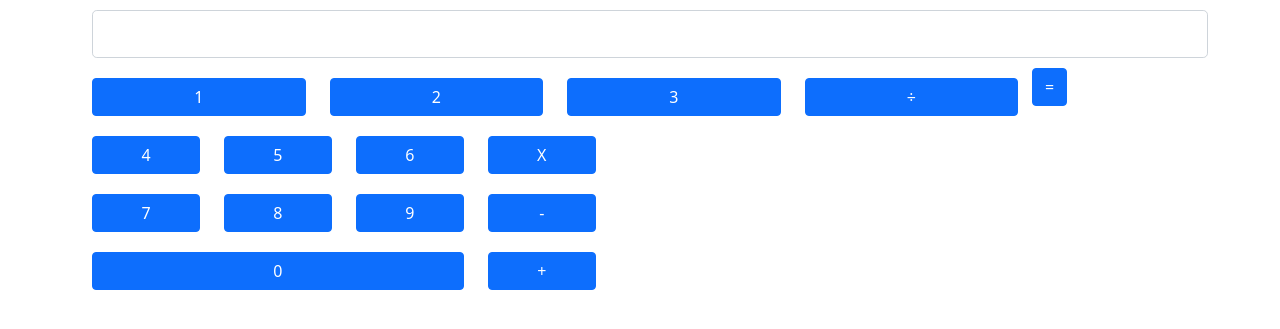
Repository: jsakdalan/CalculatorReactTypescript
Page: /
An editor plug-in stored every save of this project. The page is shown before and after the next save, followed by the edit.
The browser window is 1280 px wide. The pictures show the whole page.
The project was rebuilt for these pictures with package versions that can differ from the ones it lists, and the page was loaded fresh each time. Also part of the build but not shown: src/App.css.

Above is the page before, as saved 2022-06-07 16:30:12.

### src/App.tsx
import  Calculator from './pages/Calculator';
import './App.css';
import 'bootstrap/dist/css/bootstrap.min.css'

export default function App() {

  return(
    <Calculator/>
  )
}

### src/pages/Calculator.tsx
import React from 'react';
import Col from 'react-bootstrap/Col';
import Container from 'react-bootstrap/Container';
import Row from 'react-bootstrap/Row';
import Button from 'react-bootstrap/Button';
import InputGroup from 'react-bootstrap/InputGroup';
import FormControl from 'react-bootstrap/FormControl';
import './Calculator.css'

export default function TextEditor(){

    interface Screen{
        styling: string;
    }

    interface Buttons {
        styling: string;
        btnNumber: string;
    }

    const Screen = (props:Screen) => {
        return(
            <InputGroup size="lg" className={props.styling}>
                    <FormControl
      aria-label="Default"
      aria-describedby="inputGroup-sizing-default"
    />
            </InputGroup>
        )
    }

    const Buttons = (props:Buttons) => {
        return(
            <Button className={props.styling}>
                {props.btnNumber}
            </Button>
        )
    }

    return(
        <>
            <Container className="container">
                <Row>
                    <Col><Screen styling="screen"/></Col>
                </Row>
                <Row>
                    <Col md={10}>
                        <Row>
                            <Col md={12}>
                                <Row>
                                    <Col md={3}><Buttons styling="numerical" btnNumber="1"/></Col>
                                    <Col md={3}><Buttons styling="numerical" btnNumber="2"/></Col>
                                    <Col md={3}><Buttons styling="numerical" btnNumber="3"/></Col>
                                    <Col md={3}><Buttons styling="operational" btnNumber="&#247;"/></Col>
                                </Row>
                            </Col>
                            <Col md={10}>
                                <Row>
                                    <Col md={2}><Buttons styling="numerical" btnNumber="4"/></Col>
                                    <Col md={2}><Buttons styling="numerical" btnNumber="5"/></Col>
                                    <Col md={2}><Buttons styling="numerical" btnNumber="6"/></Col>
                                    <Col md={2}><Buttons styling="operational" btnNumber="X"/></Col>
                                </Row>
                            </Col>
                            <Col md={10}>
                                <Row>
                                    <Col md={2}><Buttons styling="numerical" btnNumber="7"/></Col>
                                    <Col md={2}><Buttons styling="numerical" btnNumber="8"/></Col>
                                    <Col md={2}><Buttons styling="numerical" btnNumber="9"/></Col>
                                    <Col md={2}><Buttons styling="operational" btnNumber="-"/></Col>
                                </Row>
                            </Col>
                            <Col md={10}>
                                <Row>
                                    <Col md={6}><Buttons styling="numerical" btnNumber="0"/></Col>
                                    <Col md={2}><Buttons styling="numerical" btnNumber="+"/></Col>
                                </Row>
                            </Col>
                        </Row>
                    </Col>
                    <Col md={2}><Buttons styling="equals" btnNumber="="/></Col>
                </Row>
            </Container>
        </>
    )
}

### src/pages/Calculator.css
.container{
    width: 700px;
    display: flex;
    flex-direction: column;
}

.screen{
    width: 100%;
    margin: 10px;
}

.numerical{
    width: 100%;
    margin: 10px;
}

.operational{
    width: 100%;
    margin: 10px;
}

.equals{
    height: auto;
    display: flex;
}

Loaded but not shown: public/index.html (common file); src/index.tsx (common file); src/index.css (common file); src/reportWebVitals.ts (common file)

After the next save:
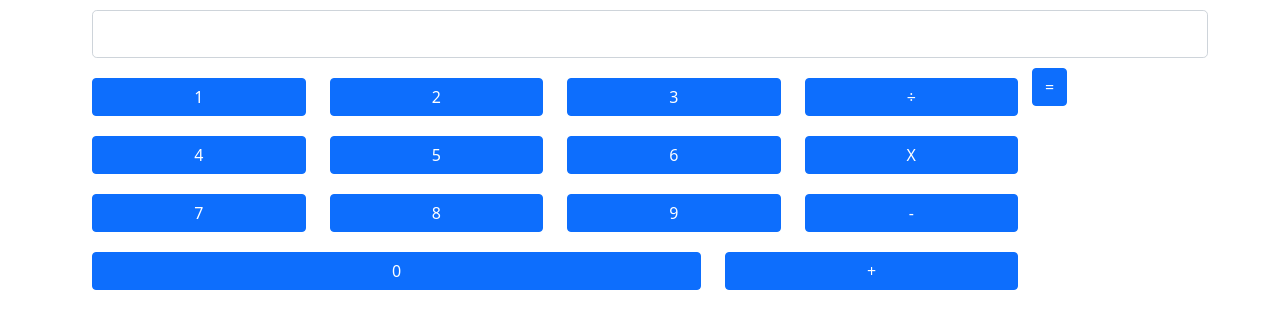
Saved 31 s later.
--- a/src/pages/Calculator.tsx
+++ b/src/pages/Calculator.tsx
@@ -54,26 +54,26 @@ export default function TextEditor(){
                                     <Col md={3}><Buttons styling="operational" btnNumber="&#247;"/></Col>
                                 </Row>
                             </Col>
-                            <Col md={10}>
+                            <Col md={12}>
                                 <Row>
-                                    <Col md={2}><Buttons styling="numerical" btnNumber="4"/></Col>
-                                    <Col md={2}><Buttons styling="numerical" btnNumber="5"/></Col>
-                                    <Col md={2}><Buttons styling="numerical" btnNumber="6"/></Col>
-                                    <Col md={2}><Buttons styling="operational" btnNumber="X"/></Col>
+                                    <Col md={3}><Buttons styling="numerical" btnNumber="4"/></Col>
+                                    <Col md={3}><Buttons styling="numerical" btnNumber="5"/></Col>
+                                    <Col md={3}><Buttons styling="numerical" btnNumber="6"/></Col>
+                                    <Col md={3}><Buttons styling="operational" btnNumber="X"/></Col>
                                 </Row>
                             </Col>
-                            <Col md={10}>
+                            <Col md={12}>
                                 <Row>
-                                    <Col md={2}><Buttons styling="numerical" btnNumber="7"/></Col>
-                                    <Col md={2}><Buttons styling="numerical" btnNumber="8"/></Col>
-                                    <Col md={2}><Buttons styling="numerical" btnNumber="9"/></Col>
-                                    <Col md={2}><Buttons styling="operational" btnNumber="-"/></Col>
+                                    <Col md={3}><Buttons styling="numerical" btnNumber="7"/></Col>
+                                    <Col md={3}><Buttons styling="numerical" btnNumber="8"/></Col>
+                                    <Col md={3}><Buttons styling="numerical" btnNumber="9"/></Col>
+                                    <Col md={3}><Buttons styling="operational" btnNumber="-"/></Col>
                                 </Row>
                             </Col>
-                            <Col md={10}>
+                            <Col md={12}>
                                 <Row>
-                                    <Col md={6}><Buttons styling="numerical" btnNumber="0"/></Col>
-                                    <Col md={2}><Buttons styling="numerical" btnNumber="+"/></Col>
+                                    <Col md={8}><Buttons styling="numerical" btnNumber="0"/></Col>
+                                    <Col md={4}><Buttons styling="numerical" btnNumber="+"/></Col>
                                 </Row>
                             </Col>
                         </Row>
